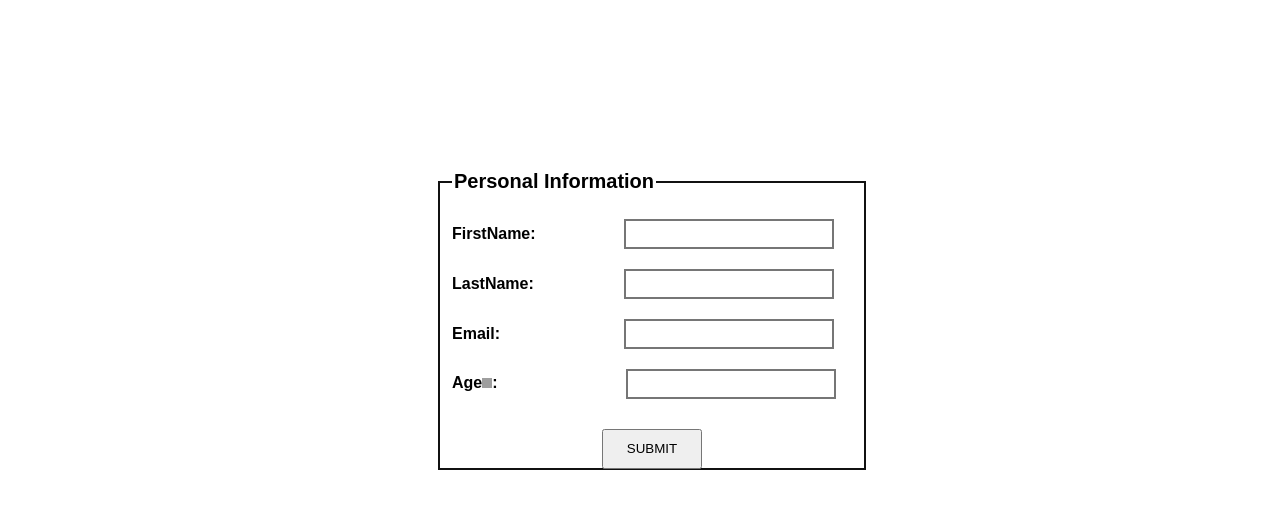
Repository: Femi007-gh/Legend
Page: index.html
These files come from the project's save history. The page is drawn as it stood at one moment and after the next save; the edit follows.
The browser window is 1280 px wide. The pictures show the whole page.
Pictures or frames that could not be fetched are drawn as grey boxes.

Above is the page before, as saved 2025-04-04 17:51:59.

### index.html
<html>
  <head>
    <title>LEGEND</title>
    <link rel="stylesheet" href="style.css">
  </head>
  <body>
    <form>
      <fieldset class="field">
        <legend class="ld">Personal Information</legend>
        <label class="first">FirstName:</label>
        <input type="text" class="FN"><br>

        <label class="last">LastName:</label>
        <input type="text" class="LN"> <br>

        <label class="mail">Email:</label>
        <input type="text" class="email"> <br>

        <label class="yourage">Age<img src="doc.jpg" class="doc">:</label>
        <input type="text" class="age"> <br>

        <button class="sub">SUBMIT</button>
      </fieldset>
    </form>
  </body>
</html>

### style.css
body {
  font-family:Arial, Helvetica, sans-serif;
  font-weight: bold;
}

.ld {
  font-size: 20px;
}

.doc {
  height: 10px;
  width: 10px;
}

.field {
  border: 2px solid #111;
  width: 400px;
  height: 280px;
  margin-left: 430px;
  margin-top: 170px;
}

.FN {
  margin-top: 20px;
  margin-left: 84px;
  border-style: solid;
  height: 30px;
  width: 210px;
}

.LN {
  margin-top: 20px;
  margin-left: 86px;
  border-style: solid;
  height: 30px;
  width: 210px;
}

.email {
  margin-top: 20px;
  margin-left:120px;
  height: 30px;
  border-style: solid;
  width: 210px;
}

.age {
  margin-top: 20px;
  margin-left: 124px;
  border-style: solid;
  height: 30px;
  width: 210px;
}

.sub {
  height: 40px;
  width: 100px;
  margin-left: 150px;
  margin-top: 30px;
}

After the next save:
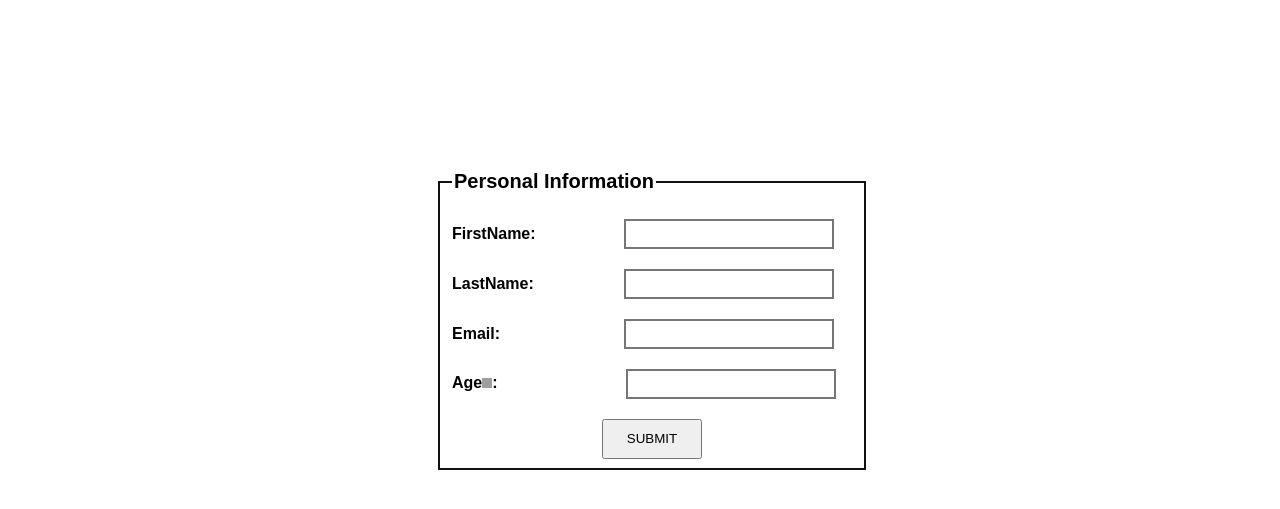
Saved 5 s later.
--- a/style.css
+++ b/style.css
@@ -56,5 +56,5 @@ body {
   height: 40px;
   width: 100px;
   margin-left: 150px;
-  margin-top: 30px;
+  margin-top: 20px;
 }
